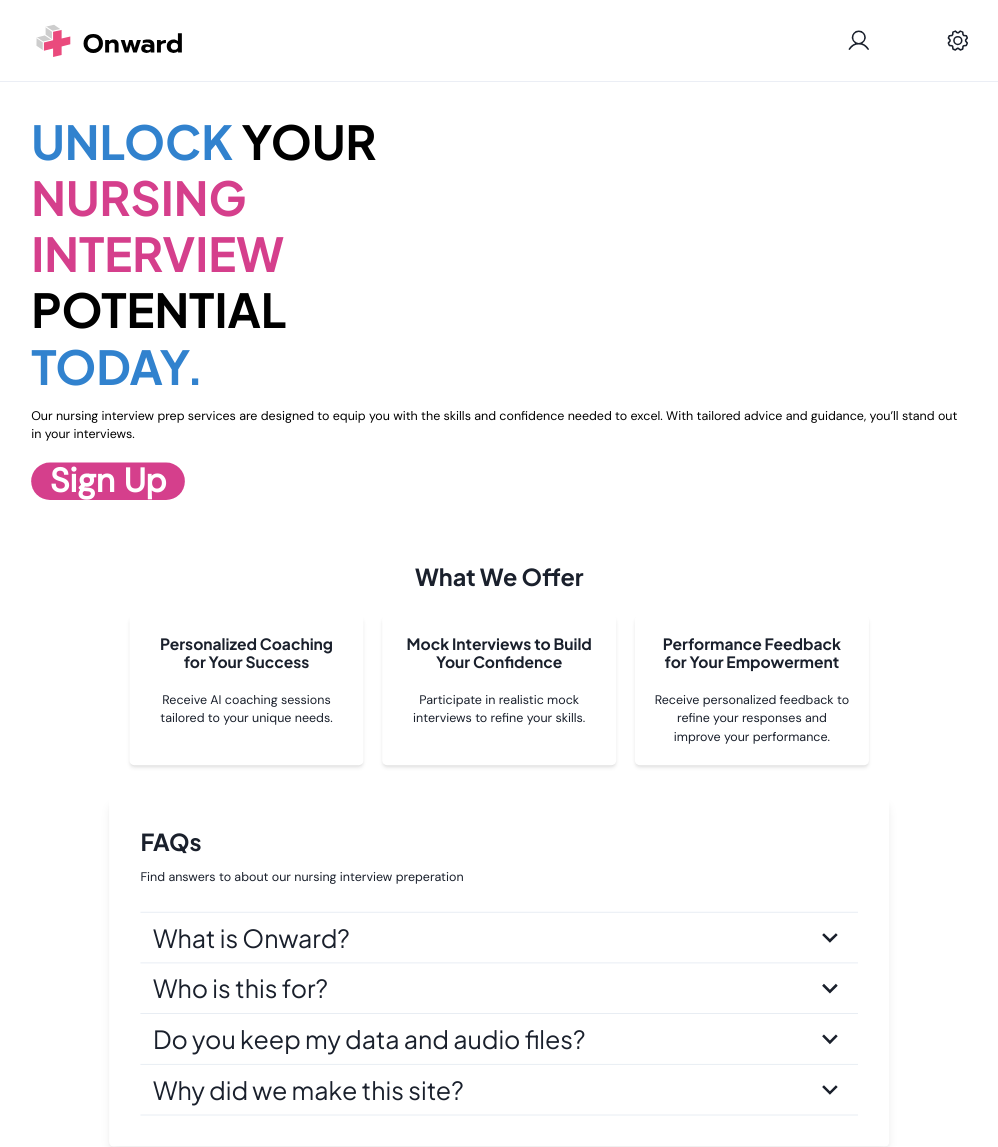
Repository: Aladdin3r/onward
Page: /landing-page
The author's editor kept a copy of each file at every save. The page is drawn from the files as they stood at one save, then again after a run of saves.
The browser window is 1280 px wide. The pictures show the whole page, at 78% of full size.
The project was rebuilt for these pictures with package versions that can differ from the ones it lists, and the page was loaded fresh each time. The framework's server and built-in components were replaced by stand-ins that run in the browser. Also part of the build but not shown: next.config.mjs, styles/components/AppTopNav.js, styles/components/Layout.js.

Above is the page before, as saved 2024-10-29 01:42:55.

### pages/_app.js
import { ChakraProvider } from "@chakra-ui/react";
import theme from "@/styles/theme";

function MyApp({ Component, pageProps }) {
  return (
    <ChakraProvider theme={theme}>
      <Component {...pageProps} />
    </ChakraProvider>
  );
}

export default MyApp;

### pages/_document.js
import { Html, Head, Main, NextScript } from "next/document";

export default function Document() {
  return (
    <Html lang="en">
      <Head>
        <link
          href="https://fonts.googleapis.com/css2?family=DM+Sans:wght@400&family=Plus+Jakarta+Sans:wght@400;600;700&display=swap"
          rel="stylesheet"
        />
      </Head>
      <body>
        <Main />
        <NextScript />
      </body>
    </Html>
  );
}

### pages/landing-page.js
import {
    Box,
    Flex,
    Heading,
    Text,
    Stack,
    Button,
    Accordion,
    AccordionItem,
    AccordionButton,
    AccordionPanel,
    AccordionIcon
  } from "@chakra-ui/react";
  import Layout from "@/styles/components/Layout";
  import TopNav from "@/styles/components/TopNav";
  import AppTopNav from "@/styles/components/AppTopNav";
  import { useRouter } from 'next/router';

  export default function Home() {
    const router = useRouter();

    // Button action function
    const handleSignUp = () => {
      router.push('/signup'); // Navigate to the sign-up page
    };

    return (
      <>
        {/* Hero Section */}
        <TopNav/>
        <Box  color="black" p={10} textAlign="left">
          <Heading fontFamily="heading" fontSize="6xl" fontWeight="bold" width="45%" mb={4}>
            <Text as="span" color="blue.500">UNLOCK </Text>
            <Text as="span" color="black">YOUR </Text>
            <Text as="span" color="pink.500">NURSING INTERVIEW </Text>
            <Text as="span" color="black">POTENTIAL </Text>
            <Text as="span" color="blue.500">TODAY.</Text>

          </Heading>
          <Text fontFamily="body" fontSize="x" color="black" mb={6}>
            Our nursing interview prep services are designed to equip you with the skills and confidence needed to excel. With tailored advice and guidance, you’ll stand out in your interviews.
          </Text>
          <Button colorScheme="pink" size="lg" onClick={handleSignUp}>Sign Up</Button>
        </Box>

        {/* What We Offer Section */}
        <Box p={10} textAlign="center" >
          <Heading fontFamily="heading" fontSize="3xl" mb={8}>What We Offer</Heading>
          <Flex justify="center" gap={6}>
            <Stack width="300px" borderRadius="md" boxShadow="md" p={6} textAlign="center">
              <Heading fontFamily="heading" fontSize="xl" mb={4}>Personalized Coaching for Your Success</Heading>
              <Text fontFamily="body">
                Receive AI coaching sessions tailored to your unique needs.
              </Text>
            </Stack>
            <Stack width="300px" borderRadius="md" boxShadow="md" p={6} textAlign="center">
              <Heading fontFamily="heading" fontSize="xl" mb={4}>Mock Interviews to Build Your Confidence</Heading>
              <Text fontFamily="body">
                Participate in realistic mock interviews to refine your skills.
              </Text>
            </Stack>
            <Stack width="300px" borderRadius="md" boxShadow="md" p={6} textAlign="center">
              <Heading fontFamily="heading" fontSize="xl" mb={4}>Performance Feedback for Your Empowerment</Heading>
              <Text fontFamily="body">
                Receive personalized feedback to refine your responses and improve your performance.
              </Text>
            </Stack>
          </Flex>
        </Box>

        {/* FAQ Section */}
        <Box  p={10} borderRadius="md" boxShadow="lg" maxW="1000px" mx="auto">
          <Heading fontFamily="heading" fontSize="3xl" textAlign="left" mb={4}>FAQs</Heading>
          <Text fontFamily="body" fontSize="s" textAlign="left" mb={8}>
            Find answers to about our nursing interview preperation
          </Text>
          <Accordion allowToggle>
            <AccordionItem>
              <h2>
                <AccordionButton>
                  <Box as="span" flex="1" textAlign="left" fontFamily="heading">What is Onward?</Box>
                  <AccordionIcon />
                </AccordionButton>
              </h2>
              <AccordionPanel pb={4} fontFamily="body">
                Onward is an AI-powered personal interview coach designed for nurses to enhance their job interview skills.
              </AccordionPanel>
            </AccordionItem>
            <AccordionItem>
              <h2>
                <AccordionButton>
                  <Box as="span" flex="1" textAlign="left" fontFamily="heading">Who is this for?</Box>
                  <AccordionIcon />
                </AccordionButton>
              </h2>
              <AccordionPanel pb={4} fontFamily="body">
                This service is designed for nurses, especially those new to the Canadian healthcare system.
              </AccordionPanel>
            </AccordionItem>
            <AccordionItem>
              <h2>
                <AccordionButton>
                  <Box as="span" flex="1" textAlign="left" fontFamily="heading">Do you keep my data and audio files?</Box>
                  <AccordionIcon />
                </AccordionButton>
              </h2>
              <AccordionPanel pb={4} fontFamily="body">
                Yes, we securely store data as per our privacy policy to enhance your interview coaching experience.
              </AccordionPanel>
            </AccordionItem>
            <AccordionItem>
              <h2>
                <AccordionButton>
                  <Box as="span" flex="1" textAlign="left" fontFamily="heading">Why did we make this site?</Box>
                  <AccordionIcon />
                </AccordionButton>
              </h2>
              <AccordionPanel pb={4} fontFamily="body">
                Onward aims to empower nurses by providing interview preparation tools tailored to their needs.
              </AccordionPanel>
            </AccordionItem>
          </Accordion>
        </Box>
      </>
    );
  }

### styles/theme.js
import { extendTheme } from "@chakra-ui/react";
import { theme as chakraTheme } from "@chakra-ui/react";
import Button from './components/Button';
import { Stepper } from "@chakra-ui/react";

const fonts = {
    ...chakraTheme.fonts,
    body: "DM Sans",
    heading: "Plus Jakarta Sans",
}

const overrides = {
    ...chakraTheme,
    fonts,
    components: {
        Button: {
            ...Button,
        },
    },
    fontWeights: {
        normal: 400,
        medium: 500,
        bold: 700,
    },
    fontSizes: {
        xxs: "14pt",
        xs: "16pt",
        sm: "20pt",
        md: "24pt",
        lg: "32pt",
    },
    colors: {
       brand: {
        blushPink: "#EA4A7D",
        pastelBlue: "#CBD5FF",
        blueberryCreme: "#EBEFFF",
        frostWhite: "#FAFAFA",
        nightBlack: "#1f1f1f",
        platinum: "#e2e2e2",
        confirmationGreen: "#61CD3D",
        imperialRed: "EA4A4D",
        canaryYellow: "#EAE84A",
        oceanBlue: "#214DDF",
        pureWhite: "#FFFFFF"
        }
    },
    styles: {
        global: {
            body: {
                bg: "frostWhite",
            },
        },
    },
}

const customTheme = extendTheme(overrides);

export default customTheme;

### styles/components/TopNav.js
'use client'
import {
    Box,
    Flex,
    useColorModeValue,
    IconButton,
    Image,
    Link,
} from "@chakra-ui/react";
import { User, Gear } from "@phosphor-icons/react";

export default function TopNav() {
    const bgColor = useColorModeValue('#fff', 'brand.nightBlack');

    return (
        <Box bg={bgColor} px={4} borderBottom="1px solid #E6EAF2">
            <Flex h={"104px"} alignItems={'center'} justifyContent={'space-between'}>
                <Box fontSize={{ base: 'md', md: 'lg' }}>
                    <Link href="/">
                        <Image src="logo.svg" boxSize="253px" alt="Onward Logo" style={{ padding: "30px" }} />
                    </Link>
                </Box>
                <Flex alignItems={'center'}>
                    <Link href="/user">
                        <IconButton
                            aria-label="User settings"
                            icon={<User />}
                            variant="ghost"
                            mr="55px"
                        />
                    </Link>
                    <Link href="/settings">
                        <IconButton
                            aria-label="Settings"
                            icon={<Gear />}
                            variant="ghost"
                        />
                    </Link>
                </Flex>
            </Flex>
        </Box>
    );
}

### styles/components/Button.js
const Button = {
    baseStyle: {
      display: 'flex',
      borderRadius: '999px',
      fontFamily: 'DM Sans',
      _hover: {
        boxShadow: '0px 4px 4px 0px rgba(0, 0, 0, 0.45)',
      },
      padding: 3,
    },
    sizes: {
      xs: {
        fontSize: ['12pt', '14pt', '16pt'], // Responsive font sizes for xs
        px: [2, 3], // Responsive padding
      },
      sm: {
        fontSize: ['14pt', '16pt', '20pt'],
        px: [2, 4],
      },
      md: {
        fontSize: ['16pt', '20pt', '24pt'],
        px: [3, 5],
      },
      lg: {
        fontSize: ['20pt', '28pt', '32pt'],
        px: [4, 6],
      },
    },
    variants: {
      lgPrimary: {
        bg: 'brand.blushPink',
        color: 'brand.frostWhite',
        width: ['100%', '325px'], // 100% width on smaller screens
        height: '72px',
        fontSize: ['20pt', '28pt', '32pt'], // Responsive font size
        borderRadius: '999px',
      },
      mdPrimary: {
        bg: 'brand.blushPink',
        color: 'brand.frostWhite',
        width: ['100%', '225px'],
        height: '72px',
        fontSize: ['16pt', '20pt', '24pt'],
        borderRadius: '999px',
      },
      smPrimary: {
        bg: 'brand.blushPink',
        color: 'brand.frostWhite',
        width: ['100%', '150px'],
        height: '64px',
        fontSize: ['14pt', '16pt', '20pt'],
        borderRadius: '999px',
      },
      xsPrimary: {
        bg: 'brand.blushPink',
        color: 'brand.frostWhite',
        width: ['100%', '117px'],
        height: '32px',
        fontSize: ['12pt', '14pt', '18pt'],
        borderRadius: '999px',
      },
      lgSecondary: {
        bg: 'brand.platinum',
        color: 'brand.nightBlack',
        width: ['100%', '325px'],
        height: '72px',
        fontSize: ['20pt', '28pt', '32pt'],
        borderRadius: '999px',
        _hover: {
          bg: 'brand.blushPink',
          color: 'brand.frostWhite',
          boxShadow: '0px 4px 4px 0px rgba(0, 0, 0, 0.45)',
        },
      },
      mdSecondary: {
        bg: 'brand.platinum',
        color: 'brand.nightBlack',
        width: ['100%', '225px'],
        height: '72px',
        fontSize: ['16pt', '20pt', '24pt'],
        borderRadius: '999px',
        _hover: {
          bg: 'brand.blushPink',
          color: 'brand.frostWhite',
          boxShadow: '0px 4px 4px 0px rgba(0, 0, 0, 0.45)',
        },
      },
      smSecondary: {
        bg: 'brand.platinum',
        color: 'brand.nightBlack',
        width: ['100%', '150px'],
        height: '64px',
        fontSize: ['14pt', '16pt', '20pt'],
        borderRadius: '999px',
        _hover: {
          bg: 'brand.blushPink',
          color: 'brand.frostWhite',
          boxShadow: '0px 4px 4px 0px rgba(0, 0, 0, 0.45)',
        },
      },
      xsSecondary: {
        bg: 'brand.platinum',
        color: 'brand.nightBlack',
        width: ['100%', '117px'],
        height: '32px',
        fontSize: ['12pt', '14pt', '18pt'],
        borderRadius: '999px',
        _hover: {
          bg: 'brand.blushPink',
          color: 'brand.frostWhite',
          boxShadow: '0px 4px 4px 0px rgba(0, 0, 0, 0.45)',
        },
      },
    },
  };

  export default Button;

### styles/components/SideNav.js
import { useState } from "react";
import PropTypes from "prop-types";
import Link from "next/link";
import { Box, Flex, Text, VStack, Image } from "@chakra-ui/react";
import { ChalkboardTeacher, ClockCounterClockwise, UserSound, Presentation, User, Gear } from "@phosphor-icons/react";

// Define each variant and associated icon, label, and path(s)
const variants = {
  default: {
    label: "Dashboard",
    icon: <UserSound size={32} />,
    path: "/"
  },
  variant2: {
    label: "Mock Interview",
    icon: <ChalkboardTeacher size={32} />,
    path: "/mock-interview"
  },
  variant3: {
    label: "Practice Interview",
    icon: <Presentation size={32} />,
    path: [
      "/practice-interview",
      "/practice-interview-filter",
      "/practice-interview-questions",
      "/practice-interview-answer",
      "/practice"
    ]
  },
  variant4: {
    label: "History",
    icon: <ClockCounterClockwise size={32} />,
    path: "/history"
  },
};

// Define the bottom section items with default values
const defaultBottomVariants = {
  account: {
    label: "Account",
    icon: <User size={18} />,
    path: "/account"
  },
  settings: {
    label: "Settings",
    icon: <Gear size={18} />,
    path: "/settings"
  },
  signOut: {
    label: "Sign Out",
    icon: null,
    path: "/"
  }
};

// Main SideNavBar component
export const SideNavBar = ({ activeVariant, bottomVariants = defaultBottomVariants }) => {
  return (
    <Flex
      bg="brand.blueberryCreme"
      height="100vh"
      width="280px"
      position="fixed"
      flexDir="column"
    >
      {/* logo box */}
      <Box fontSize={{ base: 'sm', md: 'md' }} mt="1rem">
        <Link href="/">
          <Image src="logo.svg" alt="Onward Logo" style={{ padding: "0.6rem" }} width="100%" />
        </Link>
      </Box>

      {/* nav menu */}
      <Box mt="1.5rem" overflow="hidden">
        <VStack align="flex-start" spacing={2} width="100%" ml="10%">
          {variants && Object.keys(variants).map((variant) => {
            const isActive = activeVariant === variant;
            return (
              <Link href={Array.isArray(variants[variant].path) ? variants[variant].path[0] : variants[variant].path} key={variant} passHref>
                <Flex
                  align="center"
                  cursor="pointer"
                  width="280px"
                  bg={isActive ? "brand.blushPink" : "none"} // Active background
                  color={isActive ? "brand.frostWhite" : "initial"} // Active text color
                  p={3}
                  borderLeftRadius="26px"
                  transition="transform 0.5s ease-in-out, background-color 0.4s, color 0.4s"
                  _hover={{
                    bg: "brand.blushPink",
                    color: "brand.frostWhite",
                    borderRadius: "26px 0 0 26px",
                    transition: "background-color 0.3s, transform 0.3s",
                  }}
                >
                  <Box pl={isActive ? "5rem" : 0} mr={4}>
                    {variants[variant].icon}
                  </Box>
                  <Text fontFamily="body" fontSize="18px" fontWeight="bold">
                    {variants[variant].label}
                  </Text>
                </Flex>
              </Link>
            );
          })}
        </VStack>
      </Box>

      {/* Bottom Section for Account, Settings, and Sign Out Links */}
      <Box mb={2} mt="13rem" width="100%">
        <VStack width="100%" align="flex-end">
          {bottomVariants && Object.keys(bottomVariants).map((variant) => {
            const isActive = activeVariant === variant;
            return (
              <Link
                href={bottomVariants[variant].path}
                key={variant}
                passHref
              >
                <Flex
                  align="center"
                  cursor="pointer"
                  width="100%"
                  height="1.3rem"
                  bg={isActive ? "brand.blushPink" : "none"} // Active background
                  color={isActive ? "brand.frostWhite" : "initial"} // Active text color
                  borderRadius="md"
                  pr="1.5rem"
                  transition="transform 0.3s ease-in-out, background-color 0.3s, color 0.3s"
                  _hover={{
                    color: "brand.blushPink",
                    borderRadius: "26px 0 0 26px",
                    transition: "background-color 0.3s, transform 0.3s",
                  }}
                >

                  <Box mr={3}>
                    {bottomVariants[variant].icon}
                  </Box>
                  <Text fontFamily="body" fontSize="18px" fontWeight="regular" textAlign="left"
                    textDecoration={variant === 'signOut' ? 'underline' : 'none'}
                  >
                    {bottomVariants[variant].label}
                  </Text>
                </Flex>
              </Link>
            );
          })}
        </VStack>
      </Box>
    </Flex>
  );
};

SideNavBar.propTypes = {
  activeVariant: PropTypes.oneOf(["variant4", "variant2", "variant3", "default"]),
  bottomVariants: PropTypes.object, // Define bottomVariants as an optional object
};

SideNavBar.defaultProps = {
  bottomVariants: {},
};

After the next 4 saves:
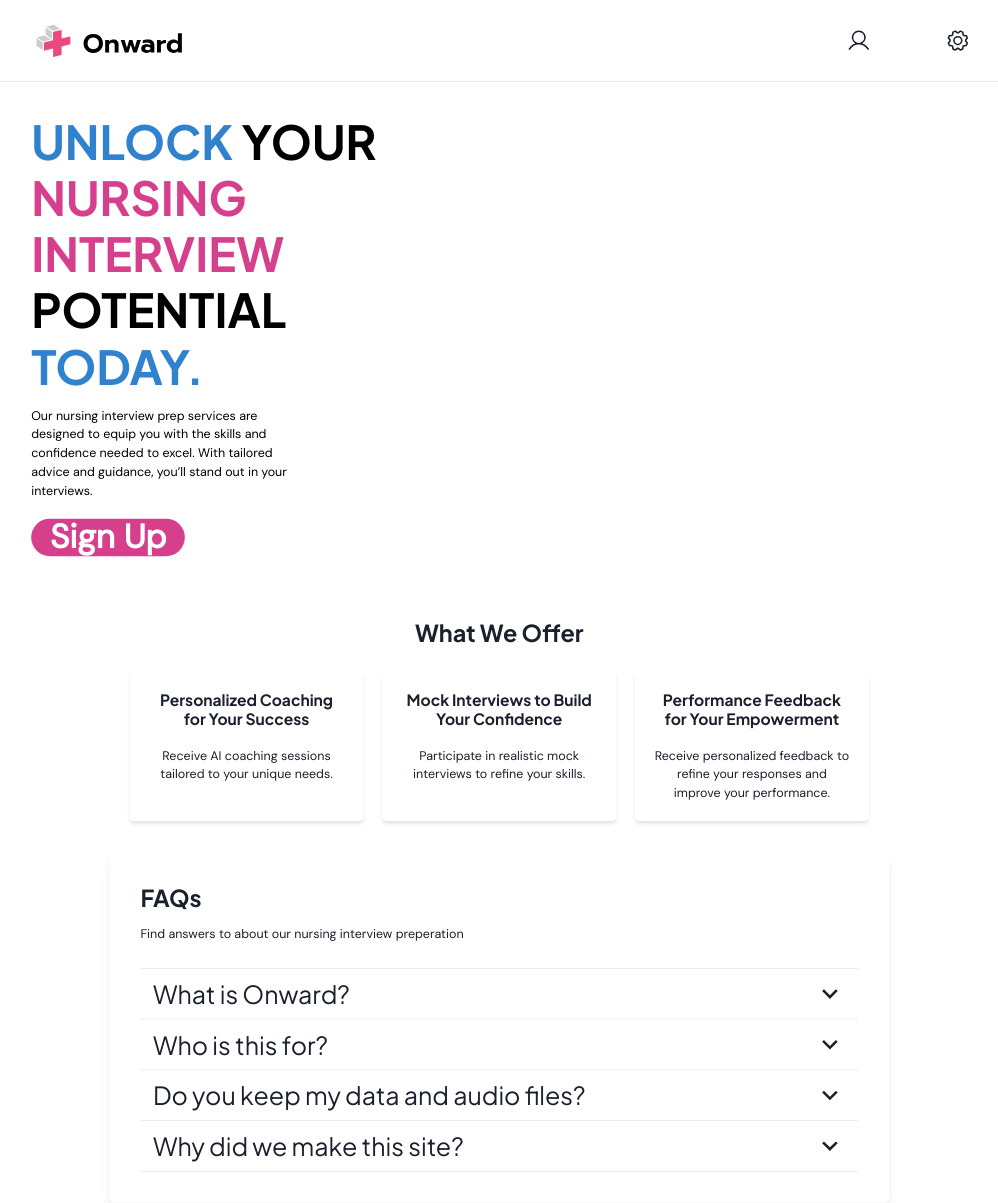
The 4 saves are shown as one change because 1 did not build or start and some came seconds apart.
The last was saved 18 s later.
--- a/pages/landing-page.js
+++ b/pages/landing-page.js
@@ -37,7 +37,7 @@ import {
             <Text as="span" color="blue.500">TODAY.</Text>
 
           </Heading>
-          <Text fontFamily="body" fontSize="x" color="black" mb={6}>
+          <Text fontFamily="body" fontSize="x" color="black" mb={6} width="30%">
             Our nursing interview prep services are designed to equip you with the skills and confidence needed to excel. With tailored advice and guidance, you’ll stand out in your interviews.
           </Text>
           <Button colorScheme="pink" size="lg" onClick={handleSignUp}>Sign Up</Button>
